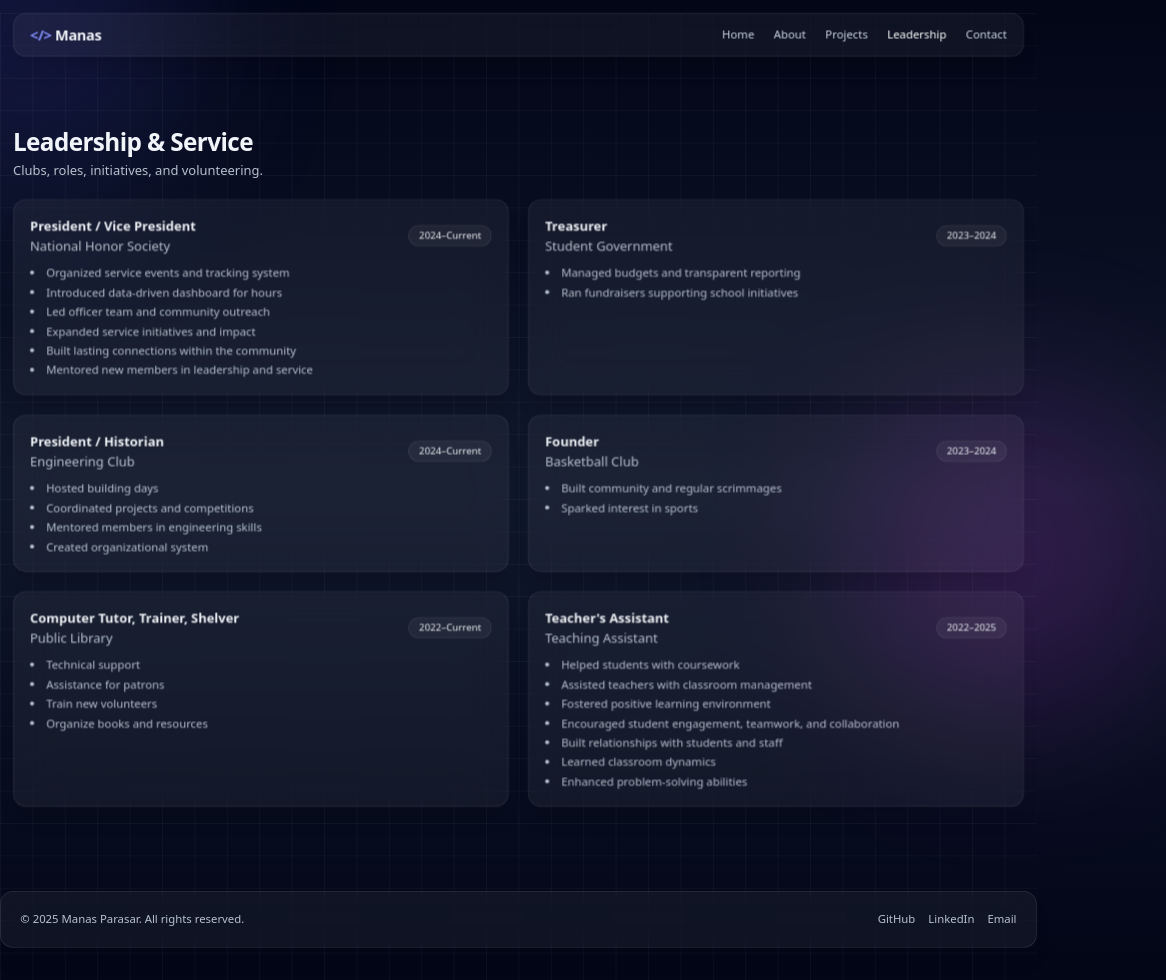
Repository: Manas-Parasar/portfolio-manas-parasar
Page: /leadership
These files come from the project's save history. The page is drawn as it stood at one moment and after the next save; the edit follows.
The browser window is 1280 px wide. The page is 1440 px wide, so the pictures cover 1440 px, including what lies to the right of the window. The pictures show the whole page, at 81% of full size.
The project was rebuilt for these pictures with package versions that can differ from the ones it lists, and the page was loaded fresh each time. Also part of the build but not shown: vite.config.js, src/components/Hero.jsx, src/components/ProjectCard.jsx, src/pages/Home.jsx, src/pages/About.jsx, src/pages/Projects.jsx, src/pages/Contact.jsx.

Above is the page before, as saved 2025-08-20 16:07:05.

### index.html
<!DOCTYPE html>
<html lang="en">
  <head>
    <meta charset="UTF-8" />
    <meta name="viewport" content="width=device-width, initial-scale=1.0" />
    <title>Manas Parasar — Portfolio</title>
    <meta
      name="description"
      content="Portfolio of Manas Parasar: projects, leadership, research, and impact."
    />
    <link rel="icon" href="/favicon.svg" />
  </head>
  <body
    class="min-h-screen bg-gradient-to-b from-slate-950 via-slate-900 to-slate-950 text-slate-100"
  >
    <div id="root"></div>
    <script type="module" src="/src/main.jsx"></script>
  </body>
</html>

### src/main.jsx
import { BrowserRouter } from "react-router-dom";
import "./index.css";
import React from "react";
import ReactDOM from "react-dom/client";
import App from "./App";

ReactDOM.createRoot(document.getElementById("root")).render(
  <React.StrictMode>
    <BrowserRouter>
      <App />
    </BrowserRouter>
  </React.StrictMode>
);

### src/index.css
@tailwind base;
@tailwind components;
@tailwind utilities;

/* Subtle selection & scrollbar tweaks */
::selection {
  background: #6366f1;
  color: white;
}
::-webkit-scrollbar {
  width: 10px;
}
::-webkit-scrollbar-thumb {
  background: rgba(148, 163, 184, 0.4);
  border-radius: 999px;
}

/* Reusable utilities */
@layer utilities {
  .glass {
    @apply bg-white/5 backdrop-blur-xl border border-white/10 shadow-xl;
  }
  .btn {
    @apply inline-flex items-center gap-2 rounded-2xl px-5 py-2 font-medium transition;
  }
  .btn-primary {
    @apply btn bg-brand-600 hover:bg-brand-500 text-white;
  }
  .btn-ghost {
    @apply btn glass hover:bg-white/10;
  }
  .headline {
    @apply text-4xl md:text-5xl font-extrabold tracking-tight;
  }
  .subtle {
    @apply text-slate-300/90;
  }
}

### src/App.jsx
import { Routes, Route } from "react-router-dom";
import Navbar from "./components/Navbar";
import Footer from "./components/Footer";
import Home from "./pages/Home";
import About from "./pages/About";
import Projects from "./pages/Projects";
import Leadership from "./pages/Leadership";
import Contact from "./pages/Contact";

export default function App() {
  return (
    <div className="min-h-screen bg-grid-sheer bg-grid-sheer bg-[length:40px_40px]">
      <div className="absolute inset-0 -z-10 opacity-70" aria-hidden>
        <div className="absolute -top-40 -left-40 h-96 w-96 rounded-full bg-brand-500 blur-[120px] opacity-30 animate-float" />
        <div className="absolute -bottom-40 -right-40 h-96 w-96 rounded-full bg-fuchsia-500 blur-[120px] opacity-30 animate-float" />
      </div>
      <Navbar />
      <main className="container py-10">
        <Routes>
          <Route path="/" element={<Home />} />
          <Route path="/about" element={<About />} />
          <Route path="/projects" element={<Projects />} />
          <Route path="/leadership" element={<Leadership />} />
          <Route path="/contact" element={<Contact />} />
        </Routes>
      </main>
      <Footer />
    </div>
  );
}

### src/components/Navbar.jsx
import { Link, NavLink } from "react-router-dom";
import { Menu, X } from "lucide-react";
import { useState } from "react";

export default function Navbar() {
  const [open, setOpen] = useState(false);
  const nav = [
    { to: "/", label: "Home" },
    { to: "/about", label: "About" },
    { to: "/projects", label: "Projects" },
    { to: "/leadership", label: "Leadership" },
    { to: "/contact", label: "Contact" },
  ];

  const NavItems = ({ onClick }) => (
    <ul className="flex flex-col md:flex-row gap-4 md:gap-6 text-sm">
      {nav.map((n) => (
        <li key={n.to}>
          <NavLink
            to={n.to}
            onClick={onClick}
            className={({ isActive }) =>
              `transition hover:text-white ${
                isActive ? "text-white" : "text-slate-300"
              }`
            }
          >
            {n.label}
          </NavLink>
        </li>
      ))}
    </ul>
  );

  return (
    <header className="sticky top-0 z-50">
      <div className="container mt-4">
        <div className="glass rounded-2xl px-5 py-3 flex items-center justify-between">
          <Link to="/" className="font-black tracking-tight text-lg">
            <span className="text-brand-400">&lt;/&gt;</span> Manas
          </Link>
          <nav className="hidden md:block">
            <NavItems />
          </nav>
          <button
            className="md:hidden btn-ghost"
            onClick={() => setOpen(!open)}
            aria-label="Toggle Menu"
          >
            {open ? <X size={20} /> : <Menu size={20} />}
          </button>
        </div>
        {open && (
          <div className="md:hidden mt-2 glass rounded-2xl px-5 py-4">
            <NavItems onClick={() => setOpen(false)} />
          </div>
        )}
      </div>
    </header>
  );
}

### src/components/Footer.jsx
export default function Footer() {
  return (
    <footer className="mt-16 pb-10">
      <div className="container glass rounded-2xl p-6 flex flex-col md:flex-row items-center justify-between gap-4">
        <p className="text-sm subtle">
          © {new Date().getFullYear()} Manas Parasar. All rights reserved.
        </p>
        <div className="text-sm subtle flex gap-4">
          <a
            href="https://github.com/"
            target="_blank"
            className="hover:text-white"
          >
            GitHub
          </a>
          <a
            href="https://linkedin.com/"
            target="_blank"
            className="hover:text-white"
          >
            LinkedIn
          </a>
          <a href="mailto:manas@example.com" className="hover:text-white">
            Email
          </a>
        </div>
      </div>
    </footer>
  );
}

### src/pages/Leadership.jsx
import { TimelineItem } from "../components/TimelineItem";
import Section from "../components/Section";

export default function Leadership() {
  return (
    <>
      <Section
        title="Leadership & Service"
        subtitle="Clubs, roles, initiatives, and volunteering."
      >
        <div className="grid md:grid-cols-2 gap-6">
          <TimelineItem
            org="National Honor Society"
            role="President / Vice President"
            period="2024–Current"
            points={[
              "Organized service events and tracking system",
              "Introduced data-driven dashboard for hours",
              "Led officer team and community outreach",
              "Expanded service initiatives and impact",
              "Built lasting connections within the community",
              "Mentored new members in leadership and service",
            ]}
          />
          <TimelineItem
            org="Student Government"
            role="Treasurer"
            period="2023–2024"
            points={[
              "Managed budgets and transparent reporting",
              "Ran fundraisers supporting school initiatives",
            ]}
          />
          <TimelineItem
            org="Engineering Club"
            role="President / Historian"
            period="2024–Current"
            points={[
              "Hosted building days",
              "Coordinated projects and competitions",
              "Mentored members in engineering skills",
              "Created organizational system",
            ]}
          />
          <TimelineItem
            org="Basketball Club"
            role="Founder"
            period="2023–2024"
            points={[
              "Built community and regular scrimmages",
              "Sparked interest in sports",
            ]}
          />
          <TimelineItem
            org="Public Library"
            role="Computer Tutor, Trainer, Shelver"
            period="2022–Current"
            points={[
              "Technical support",
              "Assistance for patrons",
              "Train new volunteers",
              "Organize books and resources",
            ]}
          />
          <TimelineItem
            org="Teaching Assistant"
            role="Teacher's Assistant"
            period="2022–2025"
            points={[
              "Helped students with coursework",
              "Assisted teachers with classroom management",
              "Fostered positive learning environment",
              "Encouraged student engagement, teamwork, and collaboration",
              "Built relationships with students and staff",
              "Learned classroom dynamics",
              "Enhanced problem-solving abilities",
            ]}
          />
        </div>
      </Section>
    </>
  );
}

### src/components/Section.jsx
export default function Section({ title, subtitle, children, cta }) {
  return (
    <section className="mt-12">
      <div className="flex items-end justify-between gap-4 mb-6">
        <div>
          <h2 className="text-2xl md:text-3xl font-bold tracking-tight">
            {title}
          </h2>
          {subtitle && <p className="subtle mt-1">{subtitle}</p>}
        </div>
        {cta}
      </div>
      <div className="grid gap-6">{children}</div>
    </section>
  );
}

### src/components/TimelineItem.jsx
export function TimelineItem({ org, role, period, points = [] }) {
  return (
    <div className="glass rounded-2xl p-5">
      <div className="flex flex-col md:flex-row md:items-center md:justify-between">
        <div>
          <h3 className="font-semibold">{role}</h3>
          <p className="subtle">{org}</p>
        </div>
        <span className="text-xs mt-2 md:mt-0 px-3 py-1 rounded-full bg-white/5 border border-white/10">
          {period}
        </span>
      </div>
      {points?.length > 0 && (
        <ul className="list-disc list-inside mt-3 text-sm subtle space-y-1">
          {points.map((p, i) => (
            <li key={i}>{p}</li>
          ))}
        </ul>
      )}
    </div>
  );
}

### tailwind.config.js
/** @type {import('tailwindcss').Config} */
export default {
  content: ["./index.html", "./src/**/*.{js,jsx,ts,tsx}"],
  theme: {
    extend: {
      container: { center: true, padding: "1rem" },
      fontFamily: {
        display: ["Inter", "ui-sans-serif", "system-ui"],
      },
      colors: {
        brand: {
          50: "#eef2ff",
          100: "#e0e7ff",
          200: "#c7d2fe",
          300: "#a5b4fc",
          400: "#818cf8",
          500: "#6366f1",
          600: "#4f46e5",
          700: "#4338ca",
          800: "#3730a3",
          900: "#312e81",
        },
      },
      boxShadow: {
        glow: "0 0 0 0 rgba(99,102,241,0.5), 0 0 80px 10px rgba(99,102,241,0.25)",
      },
      backgroundImage: {
        "grid-sheer":
          "linear-gradient(rgba(255,255,255,0.04) 1px, transparent 1px), linear-gradient(90deg, rgba(255,255,255,0.04) 1px, transparent 1px)",
      },
      backgroundSize: {
        "grid-sheer": "40px 40px",
      },
      animation: {
        float: "float 6s ease-in-out infinite",
        shimmer: "shimmer 4s linear infinite",
      },
      keyframes: {
        float: {
          "0%, 100%": { transform: "translateY(0px)" },
          "50%": { transform: "translateY(-10px)" },
        },
        shimmer: {
          "0%": { backgroundPosition: "-200% 0" },
          "100%": { backgroundPosition: "200% 0" },
        },
      },
    },
  },
  plugins: [],
};

After the next save:
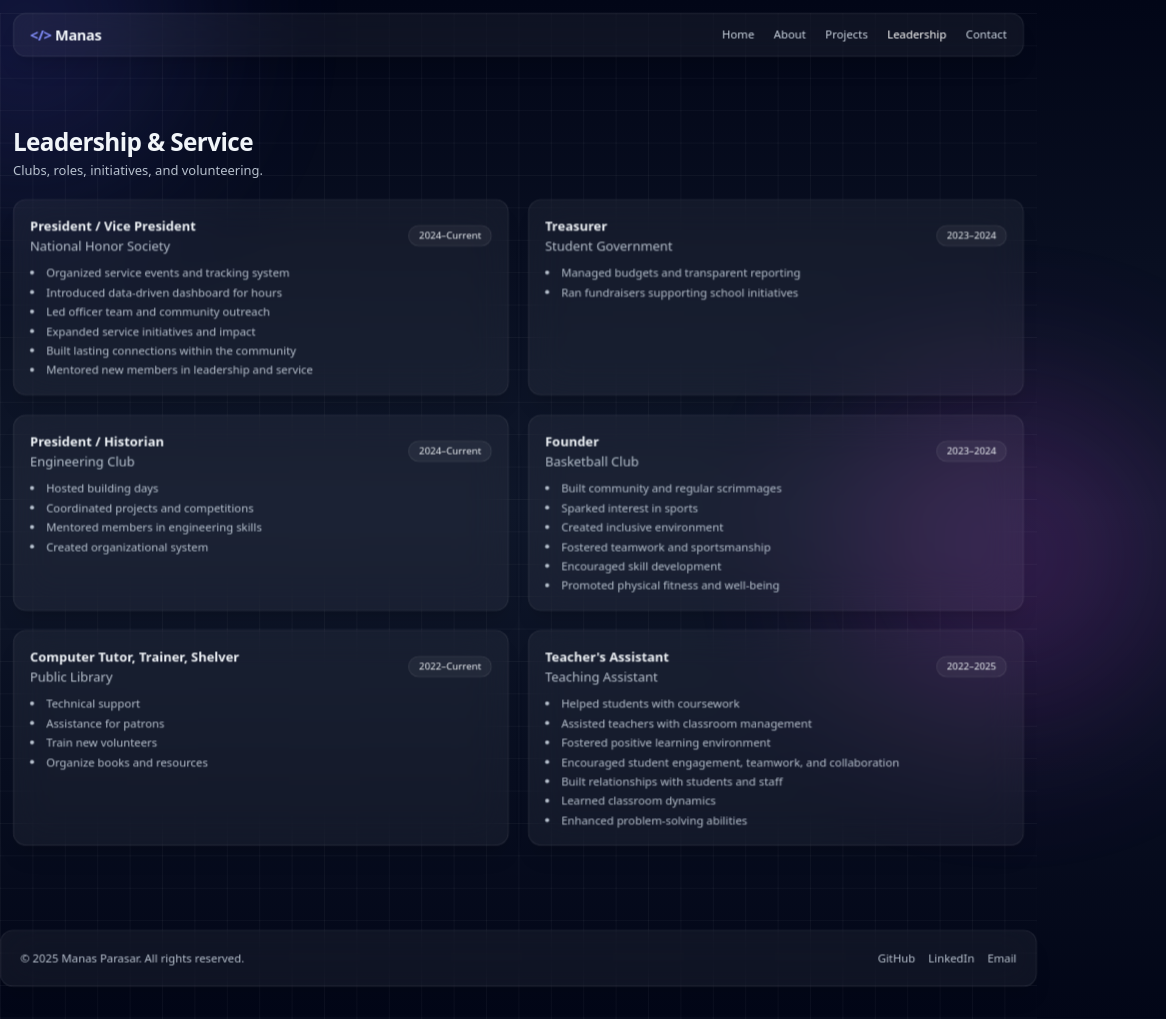
Saved 6 min 8 s later.
--- a/src/pages/Leadership.jsx
+++ b/src/pages/Leadership.jsx
@@ -49,6 +49,10 @@ export default function Leadership() {
             points={[
               "Built community and regular scrimmages",
               "Sparked interest in sports",
+              "Created inclusive environment",
+              "Fostered teamwork and sportsmanship",
+              "Encouraged skill development",
+              "Promoted physical fitness and well-being",
             ]}
           />
           <TimelineItem
